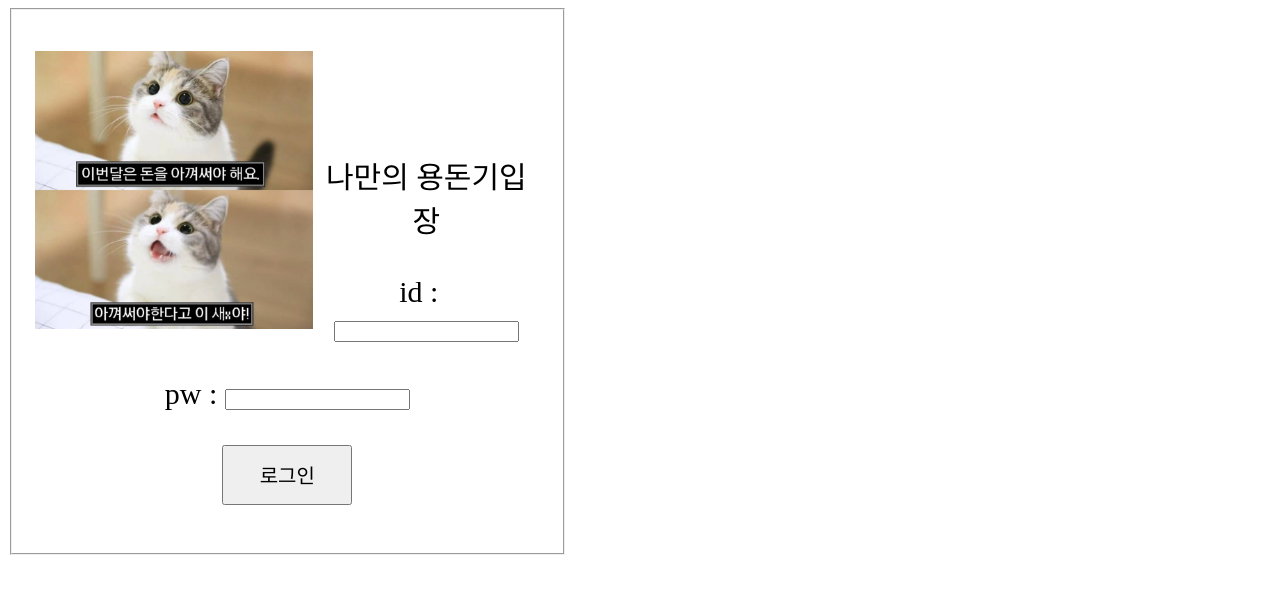
Repository: hus0124/M-IT
Page: JSP_Workspaces/pocketMoneyDiary/WebContent/index.html
The author's editor kept a copy of each file at every save. The page is drawn from the files as they stood at one save, then again after the next save.
The browser window is 1280 px wide. The pictures show the whole page.

Above is the page before, as saved 2020-01-02 06:16:55.

After the next save:
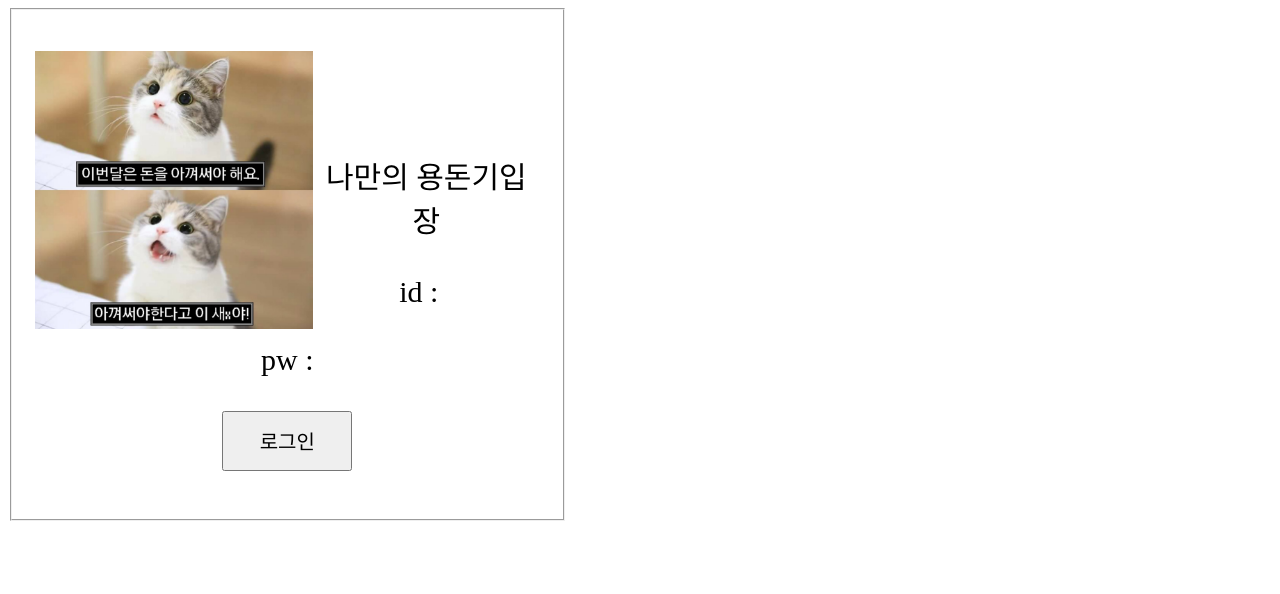
Saved 2 min 23 s later.
--- a/JSP_Workspaces/pocketMoneyDiary/WebContent/index.html
+++ b/JSP_Workspaces/pocketMoneyDiary/WebContent/index.html
@@ -13,8 +13,8 @@
 		<p>
 		<img src="catmoney.png" style="width:55%; height:auto; float:left">
 		<br><br><br>나만의 용돈기입장<br><br>
-		id :&nbsp;&nbsp;<input type="text" name = "id"><br><br>
-		pw : <input type="text" name = "pw"><br><br>
+		id :&nbsp;&nbsp;<input type="hidden" name = "id"><br><br>
+		pw : <input type="hidden" name = "pw"><br><br>
 		<input type="submit" value = "로그인" style="width:130px;height:60px;font-size:20px;">
 		</p>
 	</form>

After the save that followed:
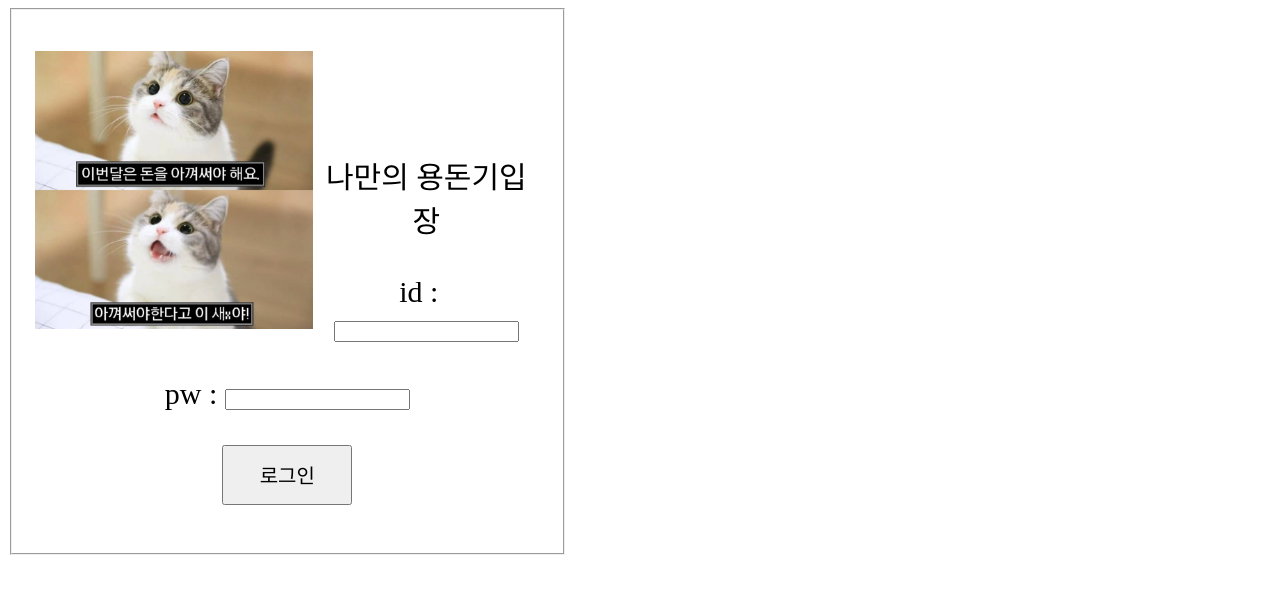
Saved 30 s later.
--- a/JSP_Workspaces/pocketMoneyDiary/WebContent/index.html
+++ b/JSP_Workspaces/pocketMoneyDiary/WebContent/index.html
@@ -13,8 +13,8 @@
 		<p>
 		<img src="catmoney.png" style="width:55%; height:auto; float:left">
 		<br><br><br>나만의 용돈기입장<br><br>
-		id :&nbsp;&nbsp;<input type="hidden" name = "id"><br><br>
-		pw : <input type="hidden" name = "pw"><br><br>
+		id :&nbsp;&nbsp;<input type="text" name = "id"><br><br>
+		pw : <input type="text" name = "pw"><br><br>
 		<input type="submit" value = "로그인" style="width:130px;height:60px;font-size:20px;">
 		</p>
 	</form>
